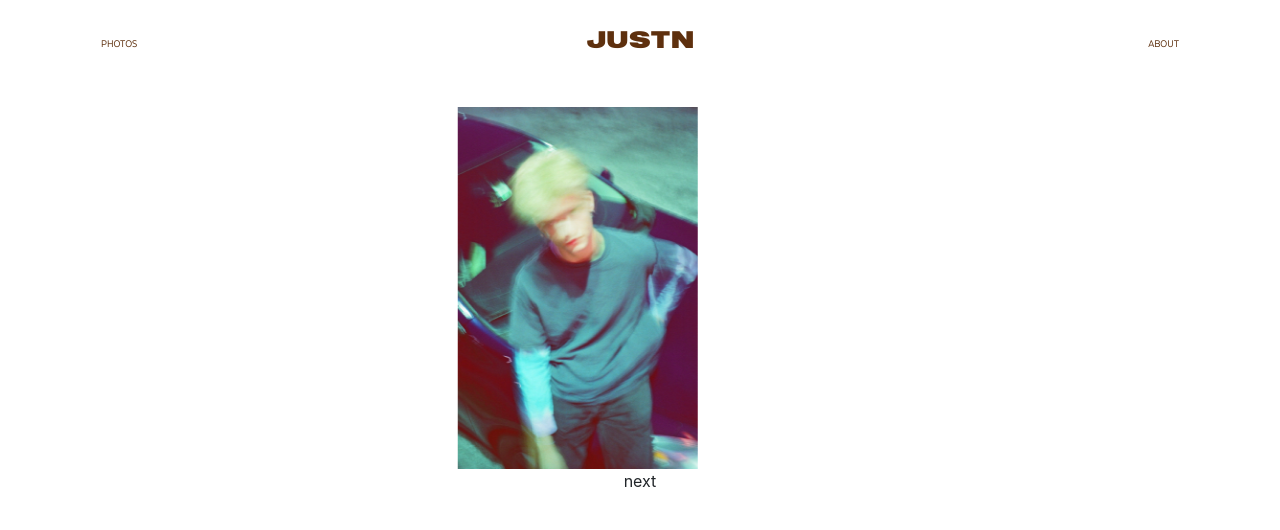
Repository: AviMKabir/justn_2020
Page: index.html
An editor plug-in stored every save of this project. The page is shown before and after the next save, followed by the edit.
The browser window is 1280 px wide. The pictures show the whole page.

Above is the page before, as saved 2020-11-23 00:41:08.

After the next save:
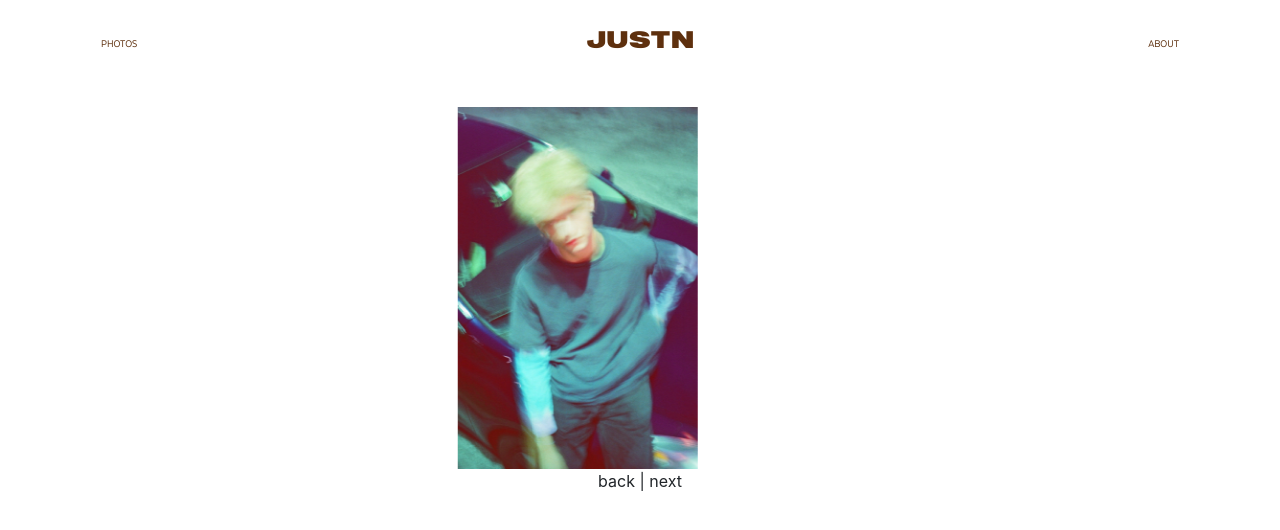
Saved 29 s later.
--- a/index.html
+++ b/index.html
@@ -118,6 +118,12 @@
     </div>
 
 <div class="controls text-center">
+<span class="" href="#carouselExampleControls" role="button" data-slide="prev">
+    back
+</span>
+<span>
+    |
+</span>
 <span class="" href="#carouselExampleControls" role="button" data-slide="next">
     next
 </span>
